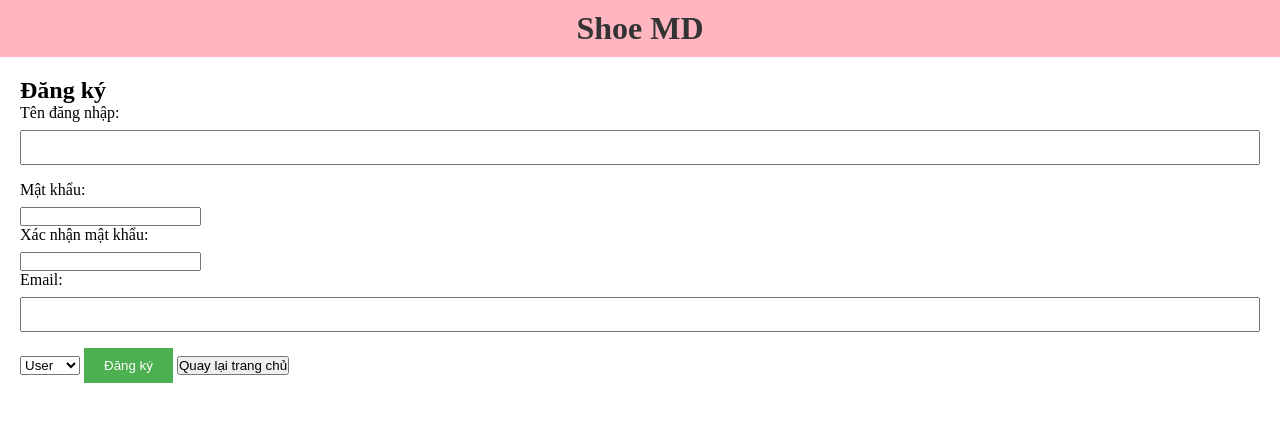
Repository: longsoisuaxe1a/shoe-md
Page: http://localhost/Project_Shoe/WEB-INF/view/admin-form-add-nguoidung.jsp
An editor plug-in stored every save of this project. The page is shown before and after the next save, followed by the edit.
The browser window is 1280 px wide. The pictures show the whole page.
The page is served by Tomcat 9. Nobody is signed in. Other server files are loaded and not shown. The template is opened directly, without the code that normally fills it, so the values that code supplies are empty.

Above is the page before, as saved 2023-12-21 04:24:29.

### Project_Shoe/src/main/webapp/WEB-INF/view/admin-form-add-nguoidung.jsp
<%@ page language="java" contentType="text/html; charset=UTF-8"
    pageEncoding="UTF-8"%>
    <%@ taglib prefix="c" uri="http://java.sun.com/jsp/jstl/core"%>
<%@ taglib prefix="form" uri="http://www.springframework.org/tags/form"%>
<!DOCTYPE html>
<html>
<head>
<meta charset="UTF-8">
<title>admin-form-add-nguoidung</title>
<style type="text/css">
	 /* Reset some default margin and padding for consistent styling */
    body, h1, h2, p, div, form, input {
        margin: 0;
        padding: 0;
    }

    /* Apply some basic styling to the header section */
    .ten-shop {
        background-color: #ffb6c1; /* Pastel pink background color */
        color: #333; /* Example text color */
        padding: 10px; /* Example padding */
        text-align: center; /* Center text */
    }

    /* Style the main content section */
    .container {
        margin: 20px; /* Example margin */
    }

    /* Style the form */
    form {
        margin-top: 20px; /* Example margin */
    }

    /* Style form inputs */
    label {
        display: block;
        margin-bottom: 8px; /* Example margin */
    }

    input[type="text"] {
        width: 100%;
        padding: 8px;
        margin-bottom: 16px; /* Example margin */
        box-sizing: border-box;
    }

    input[type="submit"] {
        background-color: #4CAF50; /* Example button color */
        color: #fff; /* Example text color */
        padding: 10px 20px; /* Example padding */
        border: none; /* Remove border */
        cursor: pointer;
    }
</style>
</head>
<body>
	<div class="ten-shop">
        <h1>Shoe MD</h1>
    </div>

    <div class="container">
        <form:form action="submit-nguoidung" id="registrationForm"
			method="post" modelAttribute="nguoiDung">
			<h2>Đăng ký</h2>
			<label for="username">Tên đăng nhập:</label>
			<form:input path="tenNguoiDung" id="username"
				name="username" required="required" />

			<label for="password">Mật khẩu:</label>
			<form:password path="matKhau" id="password"
				name="password" required="required" />

			<label for="confirmPassword">Xác nhận mật khẩu:</label>
			<input type="password" id="confirmPassword" name="confirmPassword"
				required>
			<label for="email">Email:</label>
			<form:input path="email" id="email" name="email"
				required="required" />

			<form:select path="role">
					<form:option value="user">User</form:option>
    				<form:option value="admin">Admin</form:option>
				</form:select>
			<input type="submit" value="Đăng ký"/>
			<input type="button"
				onclick="window.location.href='index';return false"
				value="Quay lại trang chủ"></input>
		</form:form>
    </div>
</body>
</html>

After the next save:
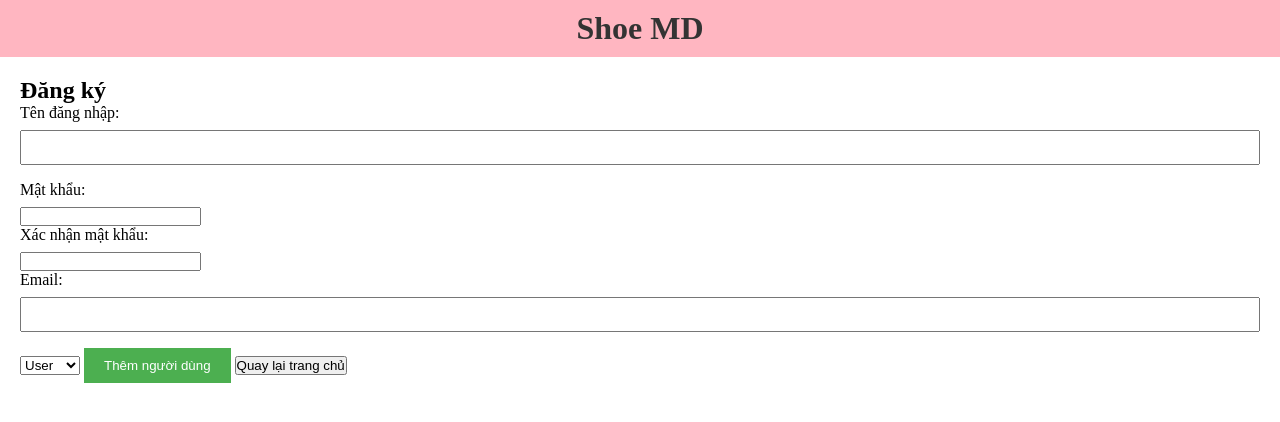
Saved 19 s later.
--- a/Project_Shoe/src/main/webapp/WEB-INF/view/admin-form-add-nguoidung.jsp
+++ b/Project_Shoe/src/main/webapp/WEB-INF/view/admin-form-add-nguoidung.jsp
@@ -82,7 +82,7 @@
 					<form:option value="user">User</form:option>
     				<form:option value="admin">Admin</form:option>
 				</form:select>
-			<input type="submit" value="Đăng ký"/>
+			<input type="submit" value="Thêm người dùng"/>
 			<input type="button"
 				onclick="window.location.href='index';return false"
 				value="Quay lại trang chủ"></input>
